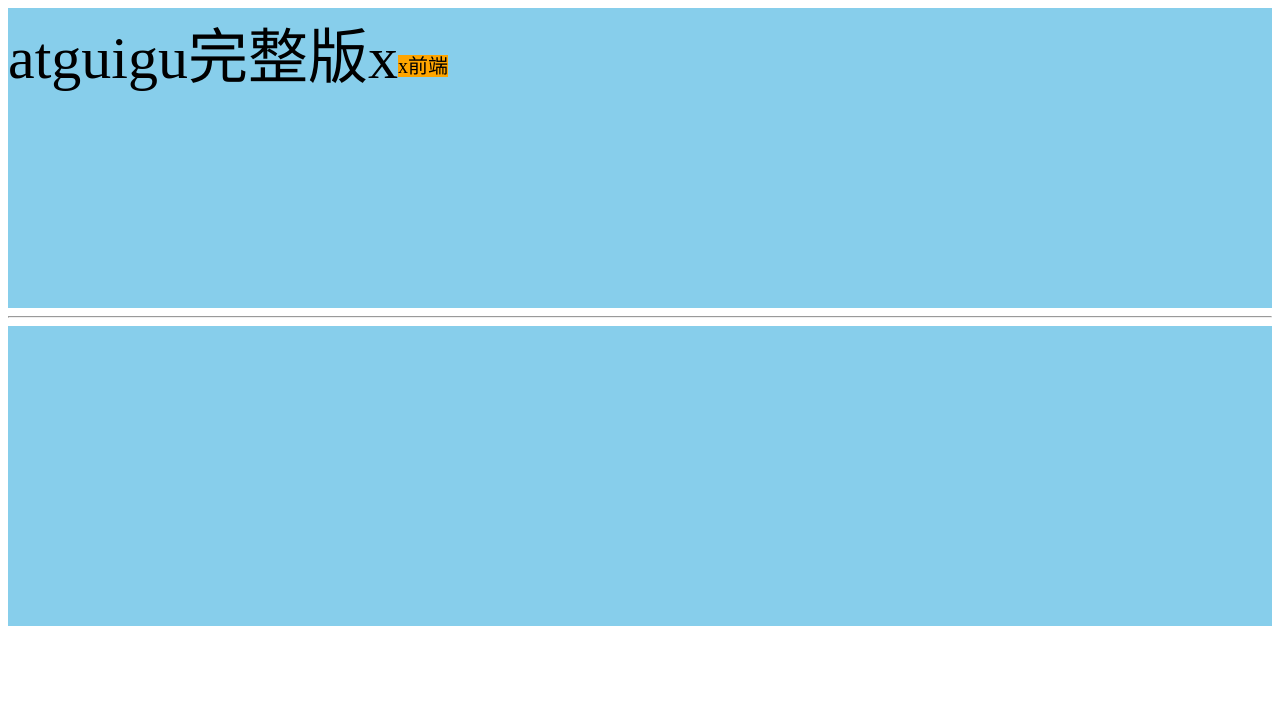
Repository: 123648923/html5-css3
Page: css/10 常用文本属性/10 vertical-align.html
An editor plug-in stored every save of this project. The page is shown before and after the next save, followed by the edit.
The browser window is 1280 px wide. The pictures show the whole page.

Above is the page before, as saved 2023-11-06 15:44:43.

### css/10 常用文本属性/10 vertical-align.html
<!DOCTYPE html>
<html lang="zh_cn">

<head>
    <meta charset="UTF-8">
    <title>vertical-align</title>
    <style>
        div {
            font-size: 60px;
            background-color: skyblue;
            height: 300px;
        }

        span {
            font-size: 20px;
            background-color: orange;
            vertical-align: middle;
        }
    </style>
</head>

<body>
    <div class="atguigu1">
        atguigu完整版x<span>x前端</span>
    </div>
    <hr>
    <div><img src=""></div>
</body>

</html>

After the next save:
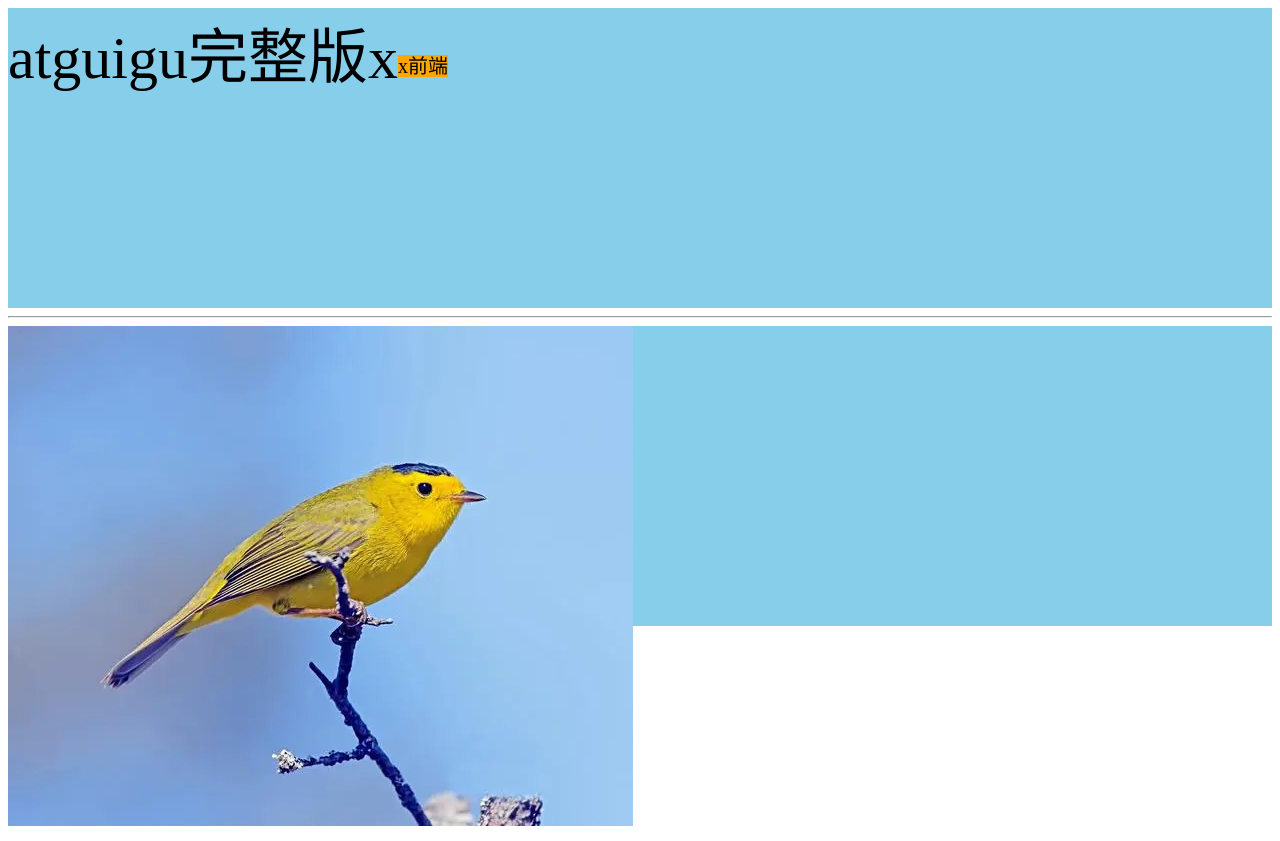
Saved 36 s later.
--- a/css/10 常用文本属性/10 vertical-align.html
+++ b/css/10 常用文本属性/10 vertical-align.html
@@ -24,7 +24,7 @@
         atguigu完整版x<span>x前端</span>
     </div>
     <hr>
-    <div><img src=""></div>
+    <div><img src="../../mv1.webp"></div>
 </body>
 
 </html>

After the save that followed:
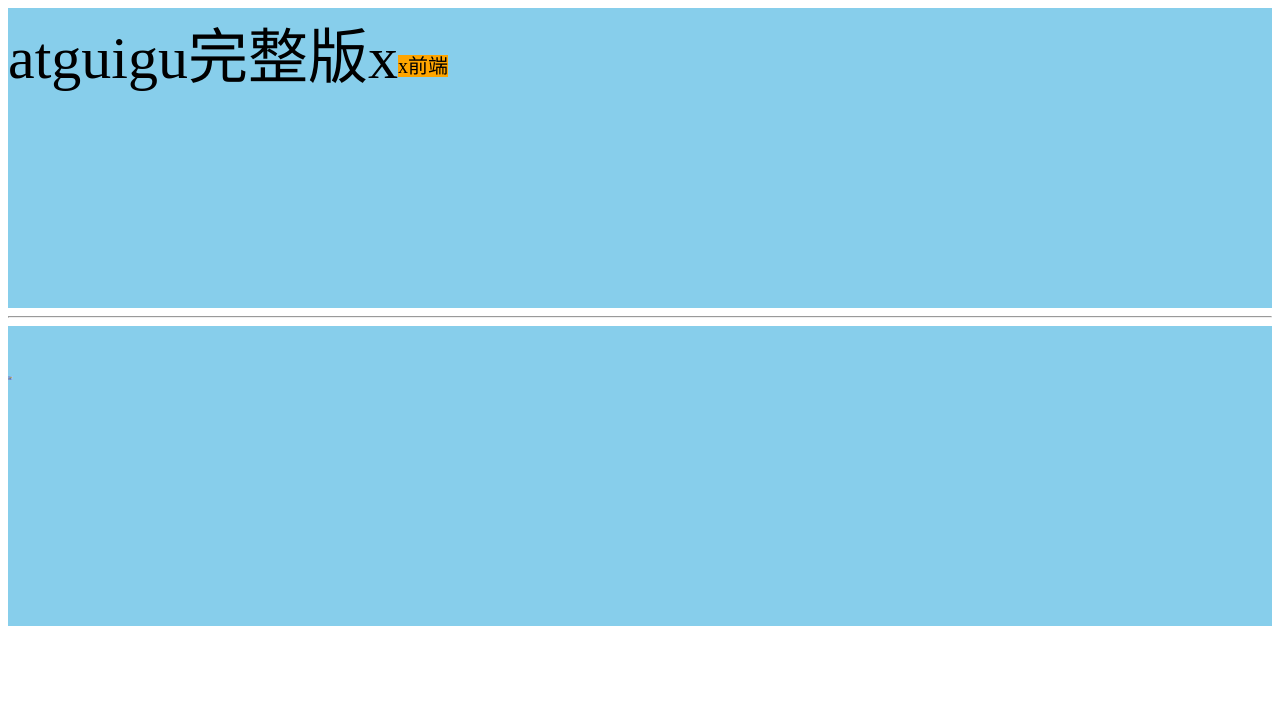
Saved 15 s later.
--- a/css/10 常用文本属性/10 vertical-align.html
+++ b/css/10 常用文本属性/10 vertical-align.html
@@ -16,6 +16,9 @@
             background-color: orange;
             vertical-align: middle;
         }
+        img{
+            width: 5px;
+        }
     </style>
 </head>
 
